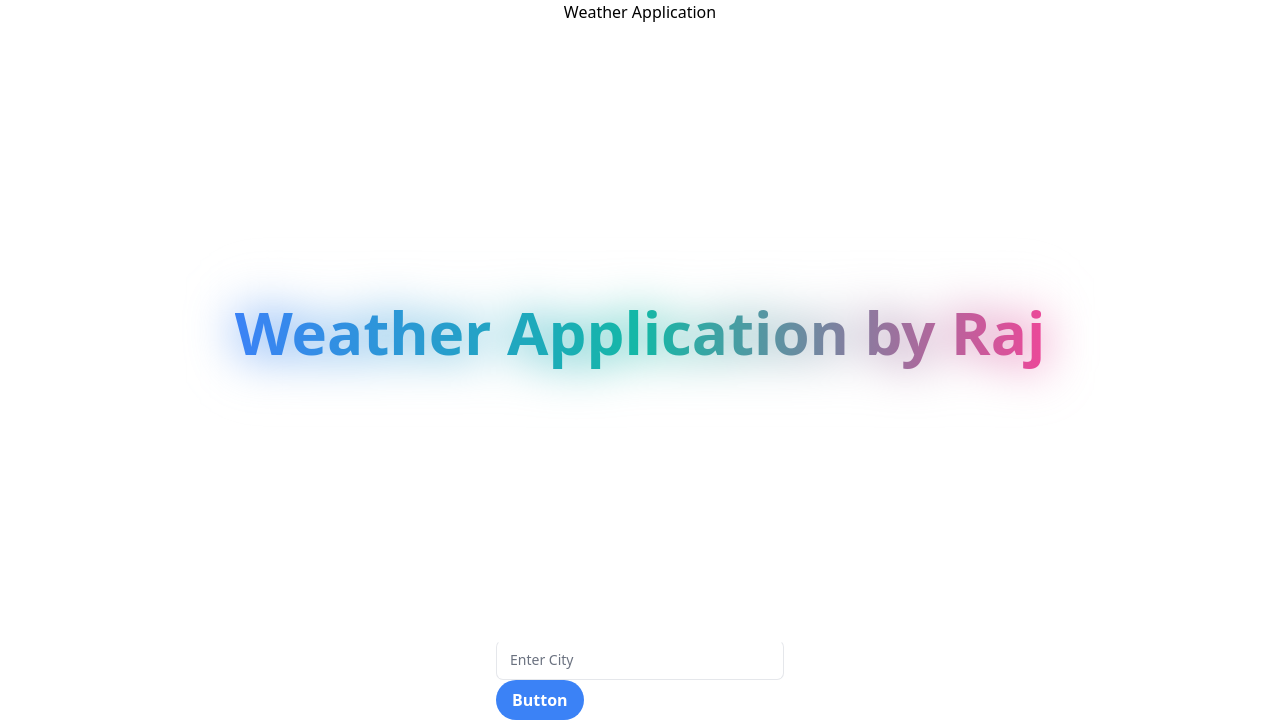
Repository: rajratangm/xweather
Page: /
The author's editor kept a copy of each file at every save. The page is drawn from the files as they stood at one save, then again after the next save.
The browser window is 1280 px wide. The pictures show the whole page.
The project was rebuilt for these pictures with package versions that can differ from the ones it lists, and the page was loaded fresh each time.

Above is the page before, as saved 2024-06-06 10:42:56.

### src/index.css
@tailwind base;
@tailwind components;
@tailwind utilities;

/*
body {
  margin: 0;
  font-family: -apple-system, BlinkMacSystemFont, 'Segoe UI', 'Roboto', 'Oxygen',
    'Ubuntu', 'Cantarell', 'Fira Sans', 'Droid Sans', 'Helvetica Neue',
    sans-serif;
  -webkit-font-smoothing: antialiased;
  -moz-osx-font-smoothing: grayscale;
}

code {
  font-family: source-code-pro, Menlo, Monaco, Consolas, 'Courier New',
    monospace;
} */

### src/App.js
import React, { useState, useEffect } from "react";
import { ToastContainer, toast } from 'react-toastify';
import 'react-toastify/dist/ReactToastify.css';
import "./App.css";

const WeatherApp = () => {
  const [city, setCity] = useState("");
  const [weatherData, setWeatherData] = useState([]);
  const [main, setMain] = useState(null);
  const [loading, setLoading] = useState(false);
  const [currentDateTime, setCurrentDateTime] = useState(new Date());
  const API_KEY = "1fa9ff4126d95b8db54f3897a208e91c";

  const fetchWeatherData = async () => {
    setLoading(true);
    try {
      const response = await fetch(
        `https://api.openweathermap.org/data/2.5/weather?q=${city}&appid=${API_KEY}&units=metric`
      );
      if (!response.ok) {
        throw new Error("Failed to fetch weather data");
      }
      const data = await response.json();
      setWeatherData(data.weather);
      setMain(data);
      setLoading(false);
    } catch (error) {
      setLoading(false);
      alert("Failed to fetch weather data");
      toast.error("Error Notification !",{});

    }
  };

  const handleSubmit = (e) => {
    e.preventDefault();
    fetchWeatherData();
  };

  useEffect(() => {
    const interval = setInterval(() => {
      setCurrentDateTime(new Date());
    }, 1000);
    return () => clearInterval(interval);
  }, []);

  return (
    <div className="weather-app">
      <h1>Weather Application</h1>
      <div class="flex h-screen w-full items-center justify-center">
    <span class="absolute mx-auto py-4 flex border w-fit bg-gradient-to-r blur-xl from-blue-500 via-teal-500 to-pink-500 bg-clip-text text-6xl box-content font-extrabold text-transparent text-center select-none">
    Weather Application by Raj
  </span>
    <h1
        class="relative top-0 w-fit h-auto py-4 justify-center flex bg-gradient-to-r items-center from-blue-500 via-teal-500 to-pink-500 bg-clip-text text-6xl font-extrabold text-transparent text-center select-auto">
        Weather Application by Raj
    </h1>
</div>
      <form onSubmit={handleSubmit}>
        <div className="w-72">
          <div className="relative w-full min-w-[200px] h-10">
            <input
              type="text"
              value={city}
              onChange={(e) => setCity(e.target.value)}
              className="peer w-full h-full bg-transparent text-blue-gray-700 font-sans font-normal outline outline-0 focus:outline-0 disabled:bg-blue-gray-50 disabled:border-0 transition-all placeholder-shown:border placeholder-shown:border-blue-gray-200 placeholder-shown:border-t-blue-gray-200 border focus:border-2 border-t-transparent focus:border-t-transparent text-sm px-3 py-2.5 rounded-[7px] border-blue-gray-200 focus:border-gray-900"
              placeholder=" "
            />
            <label className="flex w-full h-full select-none pointer-events-none absolute left-0 font-normal !overflow-visible truncate peer-placeholder-shown:text-blue-gray-500 leading-tight peer-focus:leading-tight peer-disabled:text-transparent peer-disabled:peer-placeholder-shown:text-blue-gray-500 transition-all -top-1.5 peer-placeholder-shown:text-sm text-[11px] peer-focus:text-[11px] before:content-[' '] before:block before:box-border before:w-2.5 before:h-1.5 before:mt-[6.5px] before:mr-1 peer-placeholder-shown:before:border-transparent before:rounded-tl-md before:border-t peer-focus:before:border-t-2 before:border-l peer-focus:before:border-l-2 before:pointer-events-none before:transition-all peer-disabled:before:border-transparent after:content-[' '] after:block after:flex-grow after:box-border after:w-2.5 after:h-1.5 after:mt-[6.5px] after:ml-1 peer-placeholder-shown:after:border-transparent after:rounded-tr-md after:border-t peer-focus:after:border-t-2 after:border-r peer-focus:after:border-r-2 after:pointer-events-none after:transition-all peer-disabled:after:border-transparent peer-placeholder-shown:leading-[3.75] text-gray-500 peer-focus:text-gray-900 before:border-blue-gray-200 peer-focus:before:!border-gray-900 after:border-blue-gray-200 peer-focus:after:!border-gray-900">
              Enter City
            </label>
          </div>
        </div>
        <button
          type="submit"
          className="bg-blue-500 hover:bg-blue-700 text-white font-bold py-2 px-4 rounded-full"
        >
          Button
        </button>
      </form>
      {loading && <p>Loading data...</p>}
      {/* {toast("Default Notification !", {})} */}
      {weatherData.length > 0 && main && (
        <div className="weather-cards">
          {weatherData.map((weather, index) => (
            <div className="weather-card" key={index}>
              <div className="flex justify-center">
                <div className="card min-w-sm max-w-sm border border-gray-100 bg-gray-50 transition-shadow test shadow-lg hover:shadow-shadow-xl w-full bg-green-600 text-purple-50 rounded-md">
                  <h2 className="text-md mb-2 px-4 pt-4">
                    <div className="flex justify-between">
                      <div className="badge relative top-0">
                        <span className="mt-2 py-1 h-12px text-md font-semibold w-12px rounded right-1 bottom-1 px-4">
                          {weather.main}
                        </span>
                      </div>
                      <span className="text-lg font-bold ">
                        {currentDateTime.toLocaleString()}
                      </span>
                    </div>
                  </h2>

                  <div className="flex items-center p-4">
                    <div className="flex justify-center items-center w-96">
                      <img src={`http://openweathermap.org/img/wn/${weather.icon}@2x.png`} alt={weather.description} />
                    </div>
                  </div>
                  <div className="text-md pt-4 pb-4 px-4">
                    <div className="flex justify-between items-center">
                      <div className="space-y-2">
                        <span className="flex space-x-2 items-center">
                          <svg height="20" width="20" viewBox="0 0 32 32" className="fill-current">
                            <path d="M13,30a5.0057,5.0057,0,0,1-5-5h2a3,3,0,1,0,3-3H4V20h9a5,5,0,0,1,0,10Z"></path>
                            <path d="M25 25a5.0057 5.0057,0 01-5-5h2a3 3 0 103-3H2V15H25a5 5 0 010 10zM21 12H6V10H21a3 3 0 10-3-3H16a5 5 0 115 5z"></path>
                          </svg>
                          <span>{main.wind.speed}km/h</span>
                        </span>
                        <span className="flex space-x-2 items-center">
                          <svg height="20" width="20" viewBox="0 0 32 32" className="fill-current">
                            <path d="M16,24V22a3.2965,3.2965,0,0,0,3-3h2A5.2668,5.2668,0,0,1,16,24Z"></path>
                            <path d="M16,28a9.0114,9.0114,0,0,1-9-9,9.9843,9.9843,0,0,1,1.4941-4.9554L15.1528,3.4367a1.04,1.04,0,0,1,1.6944,0l6.6289,10.5564A10.0633,10.0633,0,0,1,25,19,9.0114,9.0114,0,0,1,16,28ZM16,5.8483l-5.7817,9.2079A7.9771,7.9771,0,0,0,9,19a7,7,0,0,0,14,0,7.9165,7.9165,0,0,0-.9756-3.7757Z"></path>
                          </svg>
                          <span>{main.main.humidity}%</span>
                        </span>
                      </div>
                      <div className="space-y-2">
                        <div className="avatar relative right-0 bottom-0 block">
                          <span className="inline-block p-1 bg-white rounded-full">
                            <img
                              src={`http://openweathermap.org/img/wn/${weather.icon}@2x.png`}
                              alt={weather.description}
                              className="w-16 h-16 rounded-full"
                            />
                          </span>
                        </div>
                      </div>
                    </div>
                  </div>
                </div>
              </div>
            </div>
          ))}
        </div>
      )}
    </div>
  );
};

export default WeatherApp;

### src/App.css


.weather-app {
  display: flex;
  flex-direction: column;
  align-items: center;
  justify-content: center;
  height: 100vh; /* Adjust height based on your requirement */
}

.weather-cards {
  display: flex;
  flex-wrap: wrap;
  justify-content: center;
}

.weather-card {
  margin: 10px;
}

Loaded but not shown: public/index.html (common file); src/index.js (common file); src/reportWebVitals.js (common file); tailwind.config.js (common file)

After the next save:
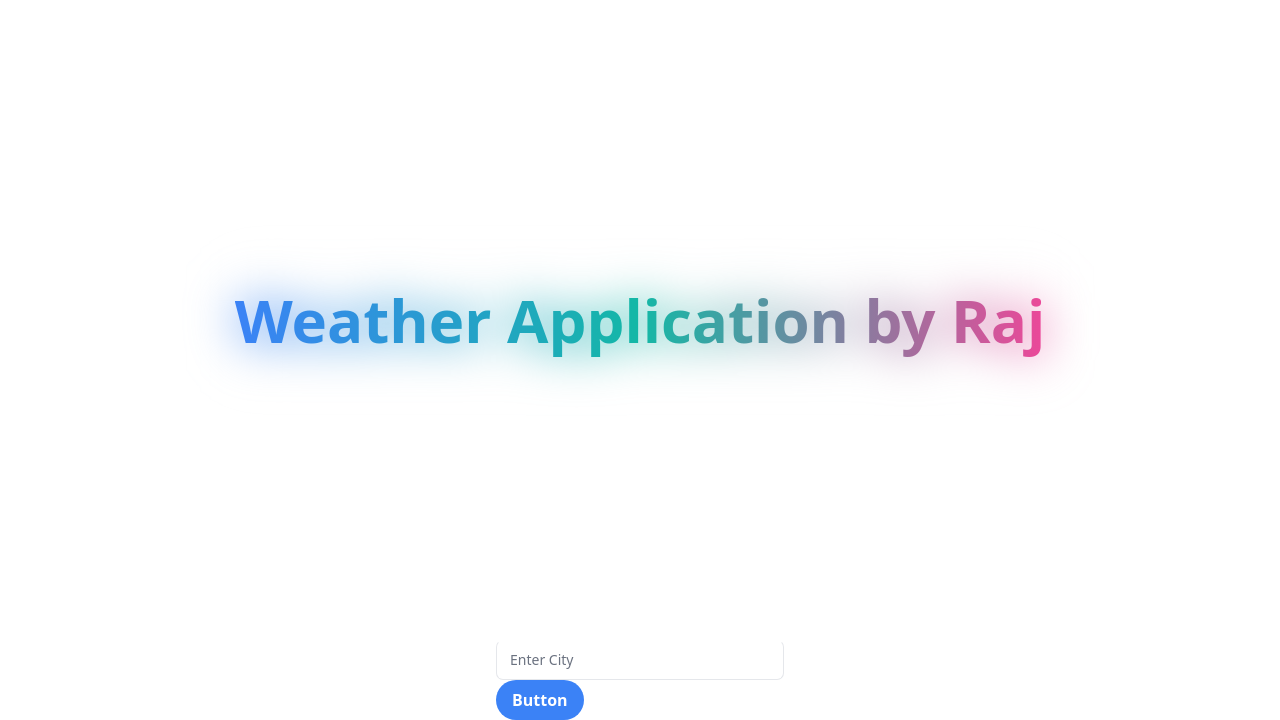
Saved 18 s later.
--- a/src/App.js
+++ b/src/App.js
@@ -46,7 +46,6 @@ const WeatherApp = () => {
 
   return (
     <div className="weather-app">
-      <h1>Weather Application</h1>
       <div class="flex h-screen w-full items-center justify-center">
     <span class="absolute mx-auto py-4 flex border w-fit bg-gradient-to-r blur-xl from-blue-500 via-teal-500 to-pink-500 bg-clip-text text-6xl box-content font-extrabold text-transparent text-center select-none">
     Weather Application by Raj
